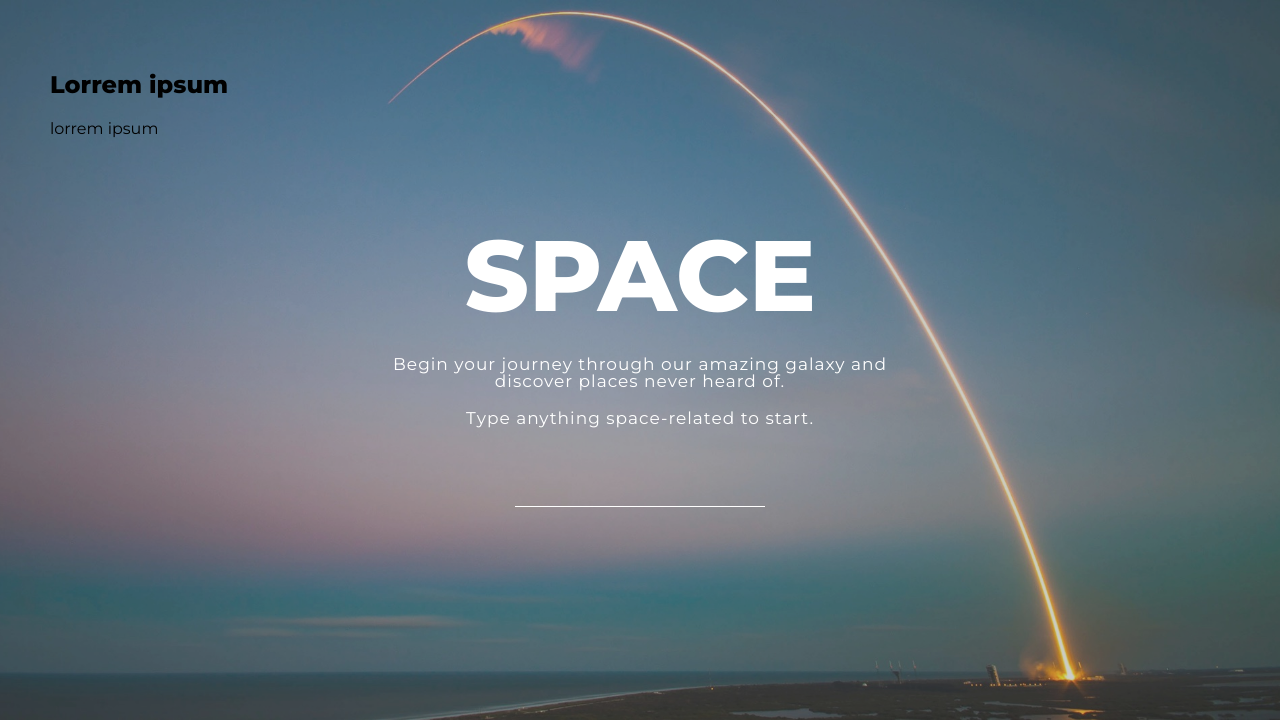
Repository: pmor80/spacer
Page: /
An editor plug-in stored every save of this project. The page is shown before and after the next save, followed by the edit.
The browser window is 1280 px wide. The pictures show the whole page.
The project was rebuilt for these pictures with package versions that can differ from the ones it lists, and the page was loaded fresh each time. Also part of the build but not shown: src/components/Item.vue.

Above is the page before, as saved 2019-07-03 16:01:09.

### public/index.html
<!DOCTYPE html>
<html lang="en">
  <head>
    <meta charset="utf-8">
    <meta http-equiv="X-UA-Compatible" content="IE=edge">
    <meta name="viewport" content="width=device-width,initial-scale=1.0">
    <link rel="icon" href="<%= BASE_URL %>favicon.ico">
    <title>spacer</title>
  </head>
  <body>
    <noscript>
      <strong>We're sorry but spacer doesn't work properly without JavaScript enabled. Please enable it to continue.</strong>
    </noscript>
    <div id="app"></div>
    <!-- built files will be auto injected -->
  </body>
</html>

### src/main.js
import Vue from 'vue';
import App from './App.vue';

Vue.config.productionTip = false;

new Vue({
  render: h => h(App),
}).$mount('#app');

### src/App.vue

<template>
  <div :class="[{flexStart: step === 1 }, 'wrapper']">
    <transition name="slide">
      <img src="./assets/logo.svg" class="logo" v-if="step === 1" />
    </transition>
    <transition name="fade">
      <HeroImage v-if="step === 0" />
    </transition>
    <Claim v-if="step === 0" />
    <SearchInput v-model="searchValue" @input="handleInput" :dark="step === 1" />
    <div class="results" v-if="results && !loading && step === 1">
      <Item v-for="item in results" :item="item" :key="item.data[0].nasa_id" />
    </div>
    <Modal />
  </div>
</template>

<script>
import axios from "axios";
import debounce from "lodash.debounce";
import Claim from "@/components/Claim.vue";
import SearchInput from "@/components/SearchInput.vue";
import HeroImage from "@/components/HeroImage.vue";
import Item from "@/components/Item.vue";
import Modal from "@/components/Modal.vue";

const API = "https://images-api.nasa.gov/search";

export default {
  name: "App",
  components: {
    HeroImage,
    Claim,
    SearchInput,
    Item,
    Modal
  },
  data() {
    return {
      loading: false,
      step: 0,
      searchValue: "",
      results: []
    };
  },
  methods: {
    // eslint-disable-next-line
    handleInput: debounce(function() {
      this.loading = true;
      console.log(this.searchValue);
      axios
        .get(`${API}?q=${this.searchValue}&media_type=image`)
        .then(response => {
          this.results = response.data.collection.items;
          this.loading = false;
          this.step = 1;
        })
        .catch(error => {
          console.log(error);
        });
    }, 500)
  }
};
</script>

<style lang="scss">
@import url("https://fonts.googleapis.com/css?family=Montserrat:300,400,600,800");

* {
  box-sizing: border-box;
  -webkit-font-smoothing: antialiased;
  -moz-osx-font-smoothing: grayscale;
}

body {
  font-family: "Montserrat", sans-serif;
  margin: 0;
  padding: 0;
}

.fade-enter-active,
.fade-leave-active {
  transition: opacity 0.3s ease;
}
.fade-enter, .fade-leave-to
/* .component-fade-leave-active below version 2.1.8 */ {
  opacity: 0;
}

.slide-enter-active,
.slide-leave-active {
  transition: margin-top 0.3s ease;
}
.slide-enter, .slide-leave-to
/* .component-fade-leave-active below version 2.1.8 */ {
  margin-top: -50px;
}

.wrapper {
  position: relative;
  margin: 0;
  padding: 30px;
  width: 100%;
  min-height: 100vh;
  display: flex;
  flex-direction: column;
  align-items: center;
  justify-content: center;

  &.flexStart {
    justify-content: flex-start;
  }
}

.logo {
  position: absolute;
  top: 30px;
}

.results {
  margin-top: 50px;
  display: grid;
  grid-template-columns: 1fr 1fr;
  grid-gap: 20px;

  @media (min-width: 768px) {
    grid-template-columns: 1fr 1fr 1fr;
  }
}
</style>

### src/components/Claim.vue
<template>
  <div class="claimWrapper">
    <h1 class="claim">SPACE</h1>
    <p
      class="subclaim"
    >Begin your journey through our amazing galaxy and discover places never heard of.</p>
    <p class="subclaim">Type anything space-related to start.</p>
  </div>
</template>

<script>
export default {
  name: "Claim"
};
</script>

<style lang="scss" scoped>
.claimWrapper {
  display: flex;
  flex-direction: column;
  justify-content: center;
  align-items: center;
  text-align: center;
  color: #fff;
}
.claim {
  font-size: 50px;
  margin: 0;

  @media (min-width: 768px) {
    font-size: 80px;
  }

  @media (min-width: 1024px) {
    font-size: 100px;
  }
}

.subclaim {
  margin: 20px 0 0 0;
  font-size: 13px;

  font-weight: 400;

  @media (min-width: 768px) {
    font-size: 17px;
    width: 500px;
    line-height: 1;
    letter-spacing: 1px;
  }
}
</style>

### src/components/SearchInput.vue
<template>
  <input id="search" name="search" :class="{dark}" :value="value" @input="handleChange" />
</template>

<script>
export default {
  name: "SearchInput",
  props: {
    value: {
      type: String,
      required: true
    },
    dark: {
      type: Boolean,
      default: false
    }
  },
  methods: {
    handleChange(e) {
      this.$emit("input", e.target.value);
    }
  }
};
</script>

<style lang="scss" scoped>
input {
  margin: 50px 0 0 0;
  display: flex;
  flex-direction: column;
  width: 250px;
  color: #fff;
  text-align: center;
  font-size: 18px;
  font-weight: 300;
  height: 30px;
  border: 0;
  background: none;
  border-bottom: 1px solid #fff;
  transition: box-shadow 0.3s ease-out;

  @media (min-width: 1024px) {
    font-weight: 400;
  }
}
input:focus {
  outline: none;
  box-shadow: 0 10px 20px -8px rgba(255, 255, 255, 0.3);
}

.dark {
  color: #1e3d4a;
  border-bottom-color: #1e3d4a;
}

.dark:focus {
  outline: none;
  box-shadow: 0 10px 20px -8px rgba(#1e3d4a, 0.2);
}
</style>

### src/components/HeroImage.vue
<template>
  <div class="heroImage"></div>
</template>

<script>
export default {
  name: "HeroImage"
};
</script>

<style lang="scss" scoped>
.heroImage {
  width: 100%;
  height: 100vh;
  position: fixed;
  top: 0;
  z-index: -1;
  justify-content: center;
  background-image: url("../assets/heroimage.jpg");
  background-repeat: no-repeat;
  background-size: cover;
  background-position: 80% 0%;
}
.heroImage::after {
  content: "";
  background: rgba(0, 0, 0, 0.2);
  position: absolute;
  top: 0;
  left: 0;
  z-index: 1;
  width: 100%;
  height: 100vh;
}
</style>

### src/components/Modal.vue
<template>
  <div class="outerWrapper">
    <div class="innerWrapper">
      <div class="photo"></div>
      <div class="description">
        <h2 class="title">Lorrem ipsum</h2>
        <p class="description">lorrem ipsum</p>
      </div>
      <div class="close"></div>
    </div>
  </div>
</template>

<script>
export default {
  name: "Modal"
};
</script>

<style lang="scss" scoped>
.outerWrapper {
  max-width: 100%;
  position: fixed;
  top: 0;
  left: 0;
}

.innerWrapper {
  display: flex;
  height: 100%;
  padding: 50px;
  justify-content: center;
  align-items: center;
}
</style>

After the next save:
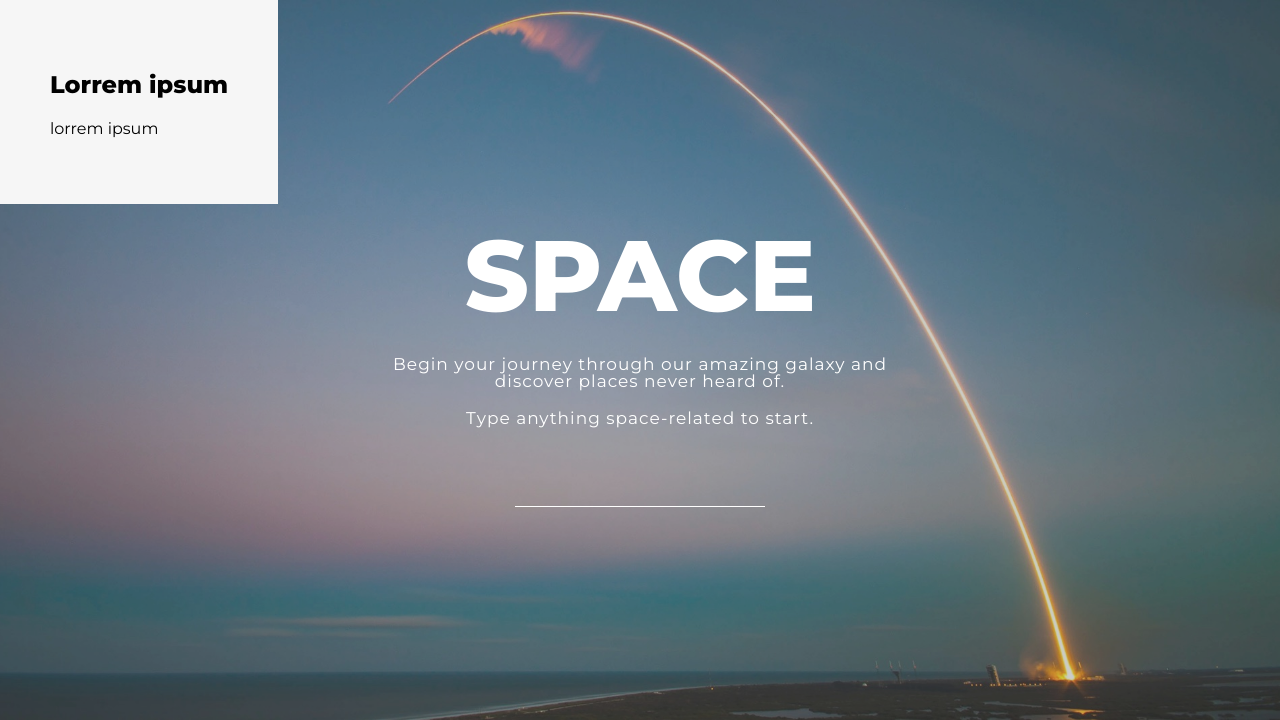
Saved 31 s later.
--- a/src/components/Modal.vue
+++ b/src/components/Modal.vue
@@ -19,6 +19,7 @@ export default {
 
 <style lang="scss" scoped>
 .outerWrapper {
+  background: #f6f6f6;
   max-width: 100%;
   position: fixed;
   top: 0;
